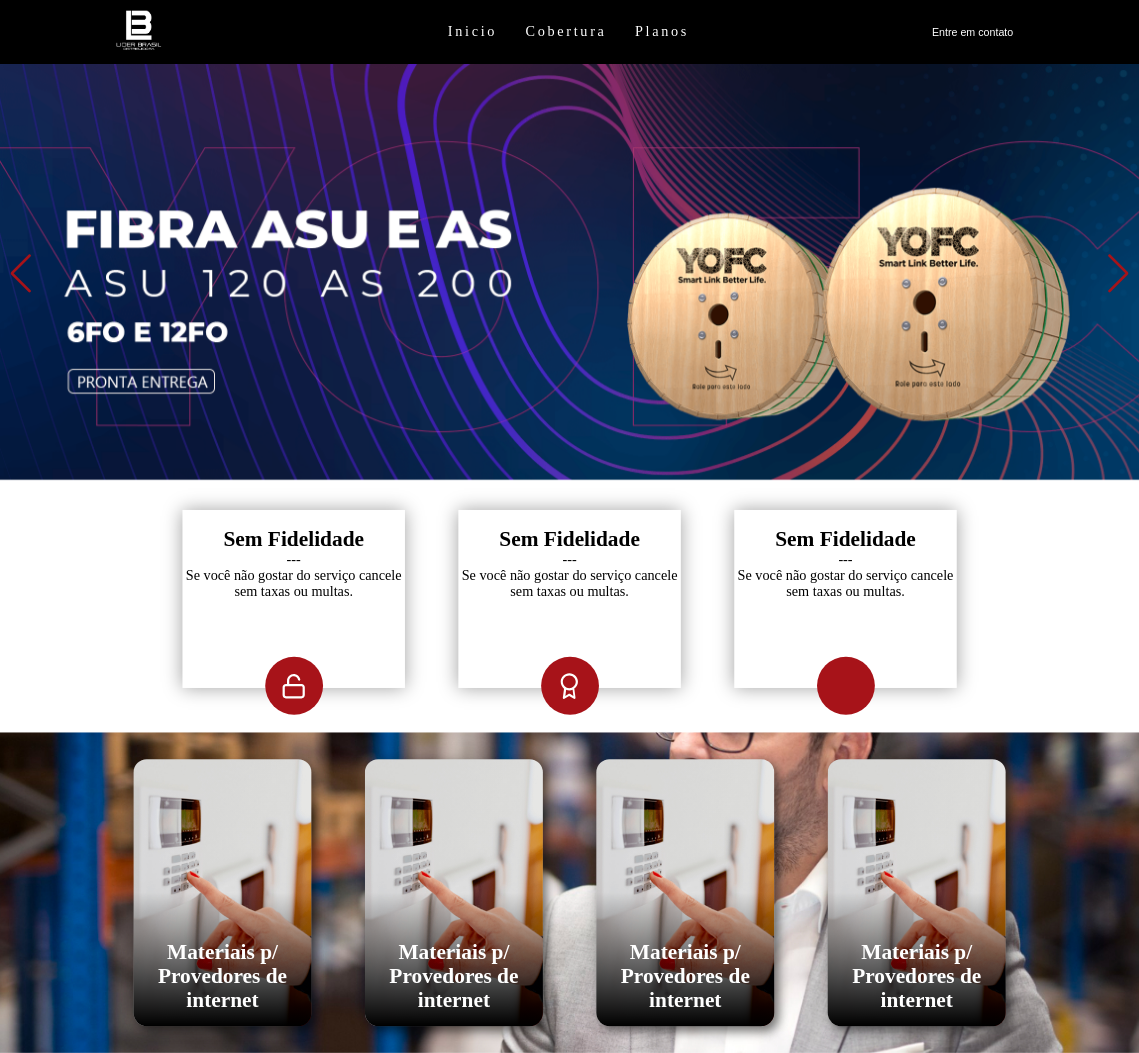
Repository: mateus-henrique-silva/Novo_institucional_lider
Page: index.html
These files come from the project's save history. The page is drawn as it stood at one moment and after the next save; the edit follows.
The browser window is 1280 px wide. The pictures show the whole page, at 89% of full size.
Backgrounds fixed to the window are drawn as part of the page. Some web fonts or font styles are not loaded; a fallback is used.

Above is the page before, as saved 2022-09-06 10:33:22.
Console error: SyntaxError: Identifier 'MobileNavbar' has already been declared

### index.html
<!DOCTYPE html>
<html lang="en">
  <head>
    <meta charset="UTF-8" />
    <meta http-equiv="X-UA-Compatible" content="IE=edge" />
    <meta name="viewport" content="width=device-width, initial-scale=1.0" />
    <meta
      name="viewport"
      content="width=device-width, user-scalable=yes, initial-scale=1.0, maximum-scale=10, minimum-scale=1.0"
    />
    <link rel="stylesheet" href="./src/CSS/Global.css" />
    <link rel="stylesheet" href="./src/CSS/Header/style.css" />
    <link rel="stylesheet" href="./src/CSS/Main/style.css" />
    <link rel="stylesheet" href="./src/CSS/Main/Carousel/styles.css" />
    <link rel="stylesheet" href="./src/CSS/Main/Box/style.css" />
    <link rel="stylesheet" href="./src/CSS/Main/Products/style.css" />
    <link
      rel="stylesheet"
      href="https://unpkg.com/swiper@8/swiper-bundle.min.css"
    />

    <title>Líder Brasil</title>
  </head>
  <body>
    <header>
      <nav>
        <a class="logo"
          ><img src="./src/Assets/Logo/lb.png" width="50" alt=""
        /></a>
        <div class="mobile-menu">
          <div class="line1"></div>
          <div class="line2"></div>
          <div class="line3"></div>
        </div>
        <ul class="nav-list">
          <li><a href="#network index.html">Inicio</a></li>
          <li><a href="#map-container">Cobertura</a></li>
          <li><a href="#container">Planos</a></li>
        </ul>
        <ul>
          <li style="list-style: none; font-size: 10px">
            <a
              href="#"
              style="
                font-size: 12px;
                padding: 10px;
                font-family: arial;
                color: white;
              "
              onclick="openForm()"
              class="contact-header"
              >Entre em contato</a
            >
          </li>
        </ul>
      </nav>
    </header>
    <main>
      <section>
        <div class="swiper">
          <div class="swiper-wrapper">
            <div class="swiper-slide">
              <div class="project-img">
                <img
                  src="./src/Assets/img/carrossel/desktop/drop-desktop.png"
                  alt="Foto 01"
                />
              </div>
              <div class="project-img" id="mobile-img">
                <img
                  src="./src/Assets/img/carrossel/mobile/drop-mobile.png"
                  alt="Foto 03"
                />
              </div>
            </div>
            <div class="swiper-slide">
              <div class="project-img">
                <img
                  src="./src/Assets/img/carrossel/desktop/escada-desktop.png"
                  alt="Foto 01"
                />
              </div>
              <div class="project-img" id="mobile-img">
                <img
                  src="./src/Assets/img/carrossel/mobile/escada-mobile.png"
                  alt="Foto 03"
                />
              </div>
            </div>
            <div class="swiper-slide">
              <div class="project-img">
                <img src="./src/Assets/img/teste6.png" alt="Foto 01" />
              </div>
              <div class="project-img" id="mobile-img">
                <img src="./src/Assets/img/foto_03.png" alt="Foto 03" />
              </div>
            </div>
          </div>
          <div class="swiper-button-next"></div>
          <div class="swiper-button-prev"></div>
          <div class="swiper-pagination"></div>
        </div>
      </section>
      <section>
        <div class="section-box">
          <!-- card 1 -->

          <ul>
            <li class="box">
              <div class="box-inter">
                <h1>Sem Fidelidade</h1>
                <p>---</p>

                <p>
                  Se você não gostar do serviço cancele sem taxas ou multas.
                </p>
              </div>

              <div class="obj">
                <img
                  src="./src/Assets/img/icons/unlock.svg"
                  alt="arrowup"
                  srcset=""
                />
              </div>
            </li>
            <!-- card 2 -->
            <li class="box">
              <div class="box-inter">
                <h1>Sem Fidelidade</h1>
                <p>---</p>

                <p>
                  Se você não gostar do serviço cancele sem taxas ou multas.
                </p>
              </div>

              <div class="obj">
                <img
                  src="./src/Assets/img/icons/award.svg"
                  alt="arrowup"
                  srcset=""
                />
              </div>
            </li>
            <!-- card 3 -->
            <li class="box">
              <div class="box-inter">
                <h1>Sem Fidelidade</h1>
                <p>---</p>

                <p>
                  Se você não gostar do serviço cancele sem taxas ou multas.
                </p>
              </div>

              <div class="obj">
                <img
                  src="./src/Assets/img/icons/chevrons-up.svg"
                  alt="arrowup"
                  srcset=""
                />
              </div>
            </li>
          </ul>
        </div>
      </section>

      <section>
        <div class="background">
          <img
            class="img"
            src="./src/Assets/img/icons/aBlack.svg"
            alt=""
            srcset=""
          />

          <ul>
            <li>

              <div class="products" id="products-one">
                <div class="back-radient">
                <button>text</button>
                <div>
                  <h2>Materiais p/ Provedores de internet</h2>
                </div>

              </div>
            </div>
            </li>

            <li>

              <div class="products" id="products-two">
                <div class="back-radient">
                <button>text</button>
                <div>
                  <h2>Materiais p/ Provedores de internet</h2>
                </div>

              </div>
            </div>
            </li>

              <li>

              <div class="products" id="products-three">
                <div class="back-radient">
                <button>text</button>
                <div>
                  <h2>Materiais p/ Provedores de internet</h2>
                </div>

              </div>
            </div>
            </li>
              <li>

              <div class="products" id="products-four">
                <div class="back-radient">
                <button>text</button>
                <div>
                  <h2>Materiais p/ Provedores de internet</h2>
                </div>

              </div>
            </div>
            </li>
          </ul>
        </div>
      </section>
    </main>
    <footer></footer>
    <script src="https://unpkg.com/swiper@8/swiper-bundle.min.js"></script>
    <script src="./src/Scripts/Carousel/scripts.js"></script>
    <script src="./src/Scripts/Mobile/scripts.js"></script>
    <script src="./src/Scripts/Global.js"></script>
  </body>
</html>

### src/CSS/Global.css
@import url("https://fonts.googleapis.com/css2?family=Montserrat:ital,wght@0,100;0,200;0,300;0,400;0,500;0,600;0,700;0,800;0,900;1,100;1,200;1,300;1,400;1,500;1,600;1,700;1,800;1,900&family=Source+Serif+Pro:ital,wght@0,200;0,300;0,400;0,600;0,700;0,900;1,200;1,300;1,400;1,600;1,700;1,900&display=swap");

* {
  font-family: 'Source Serif Pro', serif;
  margin: 0;
  padding: 0;
  border: 0;

}


body{

}

### src/CSS/Header/style.css
header {
  width: 100%;
  background-color: black;
  margin-top: 0;
}
a {
  color: black;
  text-decoration: none;
  transition: 0.3s;
}

a:hover {
  opacity: 0.7;
}

.logo {
  align-items: center;
  width: 6%;

  text-transform: uppercase;
  letter-spacing: 4px;
}

.logo h1 {
  font-size: 12px;
}

nav {
  display: flex;
  z-index: 1;

  width: 100%;
  margin-top: 0;

  justify-content: space-around;
  align-items: center;
  background-color: black;
  height: 10vh;
}

.nav-list {
  text-align: center;
  justify-content: center;
  list-style: none;
  display: flex;
  z-index: 1;
}

.nav-list li {
  letter-spacing: 3px;
  margin-left: 32px;
}
.nav-list li a {
  color: white;
}
.nav-list li a:hover {
  color: #ff073b;
}

.mobile-menu {
  display: none;
  margin-left: 80px;
  cursor: pointer;
}

.mobile-menu div {
  transition: 0.3s;

  width: 32px;
  height: 2px;
  background: white;
  margin: 8px;
}

@media (max-width: 950px) {
  body {
    overflow-x: hidden;
  }

  .nav-list {
    position: absolute;
    top: 7vh;
    right: 0;
    width: 100vw;
    height: 100vh;
    background-color: white;
    flex-direction: column;
    color: white;
    /* align-items: center; */
    display: none;
    justify-content:flex-start;
    transition: 0.4s ease-in;
    /* justify-content: space-around; */
    transform: translateX(100%);
  }

  .nav-list li {
    margin-top:100px;
    margin-left: 0;
    opacity: 0;
  }

  .mobile-menu {
    display: block;
  }
  .contact-header {
    display: none;
  }

  .logo {
    margin-left:10px;
    width: 60%;
  }
}

.nav-list.active {
  transition: 0.3s;
  overflow-y: hidden;
  position: fixed;
  z-index: 10000;
  background-color: black;
  transform: translateX(0);
  display: flex;
}

.nav-list.active li {
  color: white!important;
  font-weight:bold;
}

.nav-list.active li {
  color: white;
}

@keyframes navLinkFade {
  from {
    opacity: 0;
    transform: translateX(50px);
  }

  to {
    opacity: 1;
    transform: translateX(0);
  }
}

.mobile-menu.active .line1 {
  transform: rotate(-45deg) translate(-8px, 8px);
}

.mobile-menu.active .line2 {
  opacity: 0;
}

.mobile-menu.active .line3 {
  transform: rotate(45deg) translate(-5px, -7px);
}

### src/CSS/Main/style.css
main{
    width: 100%;
    height: 100%;

    max-width: 100vw;
}


section{

    width: 100%;
    max-width: 100vw;
    height: 100%;
}


ul li {
    list-style: none;
}

### src/CSS/Main/Carousel/styles.css
.swiper {
    height: 100%!important;

  }

  .swiper-slide {
    text-align: center;
    display: flex;
    height: 100%!important;
    align-items: center;
    justify-content: center;
  }

  @media (max-width: 450px) {
    .swiper {
      height: 270px;
    }

    .project-img img{
      width: 100%;
      height: 100%!important;
    }
  }

  .project-img img{
    width: 100%;
    /* height: 80vh; */
  }



  .swiper-pagination-bullet{
    color: white !important;
    /* margin-top:-10px!important; */
    background-color:white !important;
  }

  /*
    largura => 3840
    Altura => 420

  */


  .swiper-button-next:after, .swiper-button-prev:after{
    color:#a71319 !important;
  }

  #mobile-img{
    display: none;
  }


  @media(max-width:999px){
    #mobile-img{
      display: block!important;
    }


    .project-img{
      display:none;
    }
  }


.menu{
  display:flex;
  flex-direction:column;
}

### src/CSS/Main/Box/style.css
.section-box {
  width: 100%;

  justify-content: center;
  align-items: center;
  display: flex;
}

.box {
  display: flex;
  flex-direction: column;
  /* justify-content: center; */

  justify-content: flex-end;
  align-items: center;
  height: 100%;
  margin: 30px;
  margin-bottom: 20px;
  /* width: 100%; */
  /* background-color: red; */
}

@media (max-width: 770px) {
  .section-box {
    width: 100%;
    justify-content: space-around;
    flex-direction: column;
    display: flex;
  }

  .box-inter {
    background-color: white;
    height: 100px;
    width: 200px;
    /* width: 100%; */
  }
}

@media (max-width: 480px) {
  .box-inter {
    height: 170px !important;
    width: 170px !important;
    /* width: 100%; */
  }

  .obj {
    height: 45px !important;

    margin-top: -35px;
    width: 45px !important;
  }

  .obj img {
    width: 20px !important;
  }
}

.box-inter {
  background-color: white;
  height: 200px;
  width: 250px;
  -webkit-box-shadow: 0px 0px 20px 0px rgba(0, 0, 0, 0.37);
  box-shadow: 0px 0px 20px 0px rgba(0, 0, 0, 0.37);
  display: flex;

  flex-direction: column;
  align-items: center;
  text-align: center;

  /* width: 100%; */
}

.box-inter h1 {
  margin-top: 20px;
  font-size: clamp(1em, 1em + 1vw, 1.5em);
}

.box p {
  font-size: clamp(1em, 1em + 0.5vw, 0.5em);
}
.obj {
  background-color: #a71319;
  height: 65px;

  border-radius: 50%;
  display: flex;
  align-items: center;
  justify-content: center;
  margin-top: -35px;
  width: 65px;
}

.obj img {
  width: 30px;
}

.section-box ul {
  display: flex;
  overflow-x: auto;
  width: 100%;
  justify-content: center;
  scroll-behavior: smooth;
}

.section-box .img-arrow {
  display: none;
}

@media (max-width: 600px) {
  .section-box .img-arrow {
    display: flex;
    justify-content: flex-end;

    animation: mymove 0.8s infinite;
  }
  .section-box ul {
    display: flex;
    overflow-x: auto;
    width: 100%;
    justify-content: flex-start;
    scroll-behavior: smooth;
  }
  @keyframes mymove {
    from {
      left: 280px;
    }
    to {
      left: 300px;
    }
  }
}

### src/CSS/Main/Products/style.css
.background {
  width: 100%;
  background: url("../../../Assets/img/Background/medio.jpg") no-repeat center
    fixed;
  height: 100%;
  display: flex;
  justify-content: space-around;
  justify-content: center;
  align-items: center;
}
.background ul {
  display: flex;
  overflow-x: auto;
  overflow-y: hidden;
  scroll-behavior: smooth;
  /* width: 100px; */
}
.background img {
  display: none;
}

.background ul li .products .img {
  display: flex;
}

.products {
  margin: 30px;
  background: url("../../../Assets/img/Background/products/alarme.png")
    no-repeat center;
    border-radius:15px;

  background-size: 100%;

  height: 300px;
  width: 200px;
  -webkit-box-shadow: 0px 0px 20px 0px rgba(0, 0, 0, 0.2) !important;
  box-shadow: 0px 0px 20px 0px rgba(0, 0, 0, 0.2) !important;
  background-color: white;
  display: flex;
  text-align: center;
  flex-direction: column;
  align-items: center;
  box-sizing: border-box;
  transition: 0.5s;
}

.products div h2 {
  margin-bottom: 15px;
   color:white;
  transition:2s;
}
.products:hover .back-radient {
  align-items: center;
  justify-content: center;
  transition:2s;
}
.products:hover div h2 {

  display: none;
}
@media (max-width: 600px) {
  .background .img {
    position: absolute;
    margin-top: 170px;
    display: flex;
    justify-content: flex-end;
    animation: mymove 0.8s infinite;
  }

  @keyframes mymove {
    from {
      left: 280px;
    }
    to {
      left: 300px;
    }
  }
}

.products button {
  background-color: black;
  display: none;
  color: white;
  cursor: pointer;
  transition: 0.7s;
  padding: 8px 25px 8px;
}

button:hover {
  text-decoration: underline;
}

.products:hover button {
  background-color: black;
  display: flex;

  color: white;
  cursor: pointer;
  padding: 8px 25px 8px;
}
.back-radient{
  width: 100%;
height: 100%;

transition: 0.7s;
display: flex;
align-items: flex-end;
background: linear-gradient(180deg, rgba(0, 0, 0, 0.0962963) 50%, #000000 100%);
box-shadow: 5px 6px 11px rgba(0, 0, 0, 0.45);
border-radius: 15px;
}

#products-one{
  ba
}

### src/Scripts/Mobile/scripts.js
class MobileNavbar{


    constructor(mobileMenu, navList, navLinks){
        this.mobileMenu = document.querySelector(mobileMenu);
        this.navList = document.querySelector(navList);
        this.navLinks = document.querySelectorAll(navLinks);
        this.activeClass = "active";
        this.hadleClick =  this.hadleClick.bind(this);


    }

    animateLinks(){
        this.navLinks.forEach((link, index)=>{

            var calc = index/7+0.3;


            link.style.animation
            ?(link.style.animation="")
            :(link.style.animation= `navLinkFade 0.5s ease forwards ${calc}s`);


        });


    }


    hadleClick(){


        this.navList.classList.toggle(this.activeClass);
        this.mobileMenu.classList.toggle(this.activeClass);
        this.animateLinks();
    }

    addClickEvent(){
        this.mobileMenu.addEventListener("click", this.hadleClick);


    }

    init(){

        if(this.mobileMenu){

            this.addClickEvent();
        }
        return this;
    }
    }



    const mobileNavbar = new MobileNavbar(

        ".mobile-menu",

        ".nav-list",

        ".nav-list li",


        );


    mobileNavbar.init();

### src/Scripts/Global.js
document.onmousedown=disableclick;
function disableclick(event)
{
  if(event.button==2)
   {
     return false;
   }
}

### src/Assets/img/icons/award.svg
<?xml version="1.0" encoding="utf-8"?>
<!-- Generator: Adobe Illustrator 24.0.1, SVG Export Plug-In . SVG Version: 6.00 Build 0)  -->
<svg version="1.1" id="Camada_1" xmlns="http://www.w3.org/2000/svg" xmlns:xlink="http://www.w3.org/1999/xlink" x="0px" y="0px"
	 viewBox="0 0 24 24" style="enable-background:new 0 0 24 24;" xml:space="preserve">
<style type="text/css">
	.st0{fill:#FFFFFF;}
</style>
<path class="st0" d="M19.5,8.1c0-4.3-3.5-7.7-7.7-7.7S4,3.9,4,8.1c0,2.5,1.2,4.7,3,6.1l-1.1,8.3c0,0.4,0.1,0.7,0.4,0.9
	c0.3,0.2,0.7,0.2,1,0l4.3-2.6l4.3,2.6c0.2,0.1,0.3,0.1,0.5,0.1c0.2,0,0.4-0.1,0.5-0.2c0.3-0.2,0.5-0.6,0.4-0.9l-1.1-8.3
	C18.3,12.8,19.5,10.6,19.5,8.1z M5.9,8.1c0-3.2,2.6-5.8,5.8-5.8s5.8,2.6,5.8,5.8s-2.6,5.8-5.8,5.8S5.9,11.3,5.9,8.1z M15.4,20.8
	l-3.1-1.9c-0.3-0.2-0.7-0.2-1,0l-3.1,1.9l0.7-5.5c0.9,0.4,1.9,0.6,2.9,0.6c1,0,2-0.2,2.9-0.6L15.4,20.8z"/>
</svg>

### src/Assets/img/icons/chevrons-up.svg
<svg xmlns="http://www.w3.org/2000/svg" width="24" height="24" viewBox="0 0 24 24" fill="none" stroke="" stroke-width="2" stroke-linecap="round" stroke-linejoin="round" class="feather feather-chevrons-up"><polyline points="17 11 12 6 7 11"></polyline><polyline points="17 18 12 13 7 18" color="white"></polyline></svg>

After the next save:
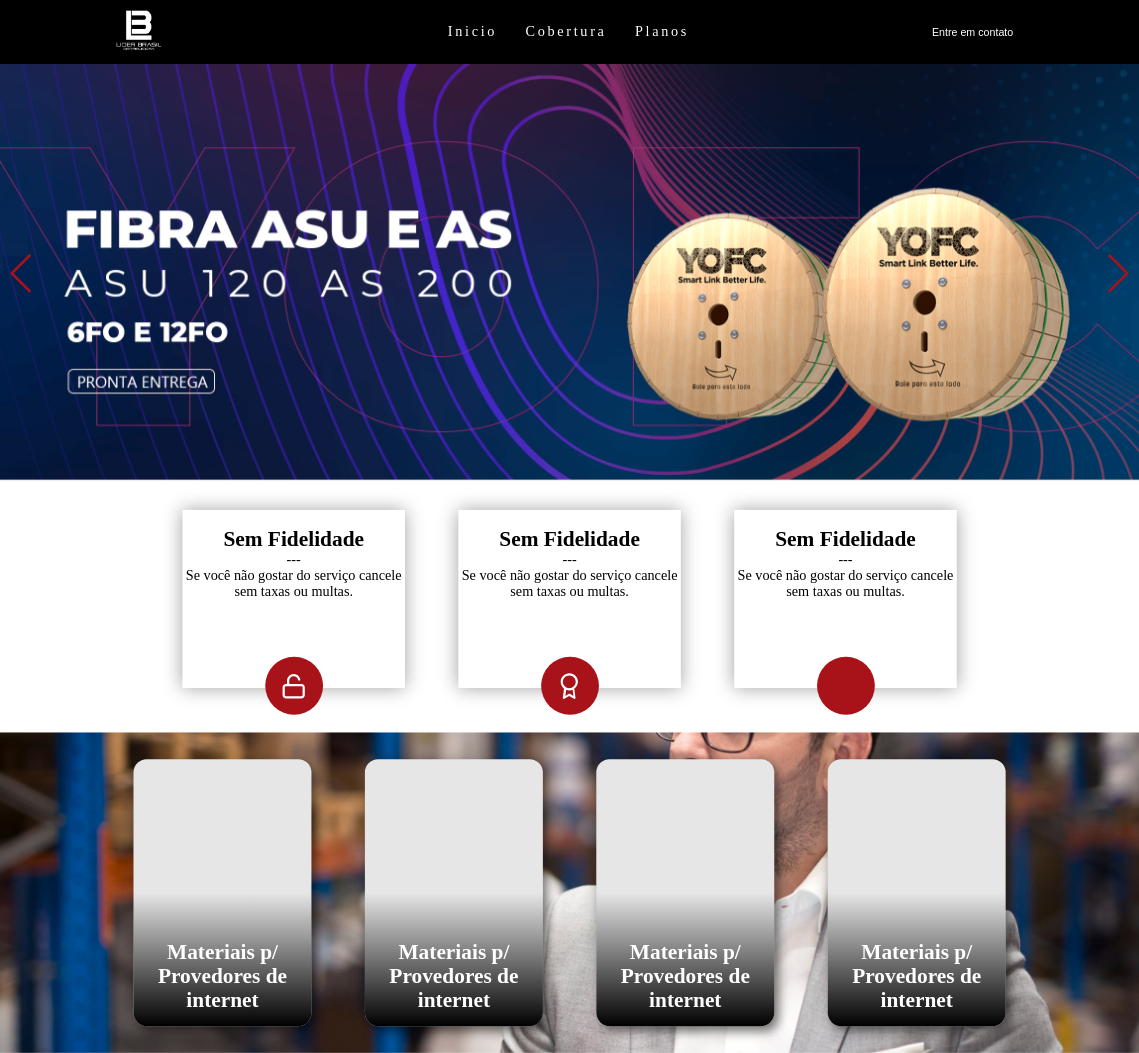
Saved 8 s later.
--- a/src/CSS/Main/Products/style.css
+++ b/src/CSS/Main/Products/style.css
@@ -25,8 +25,7 @@
 
 .products {
   margin: 30px;
-  background: url("../../../Assets/img/Background/products/alarme.png")
-    no-repeat center;
+
     border-radius:15px;
 
   background-size: 100%;
